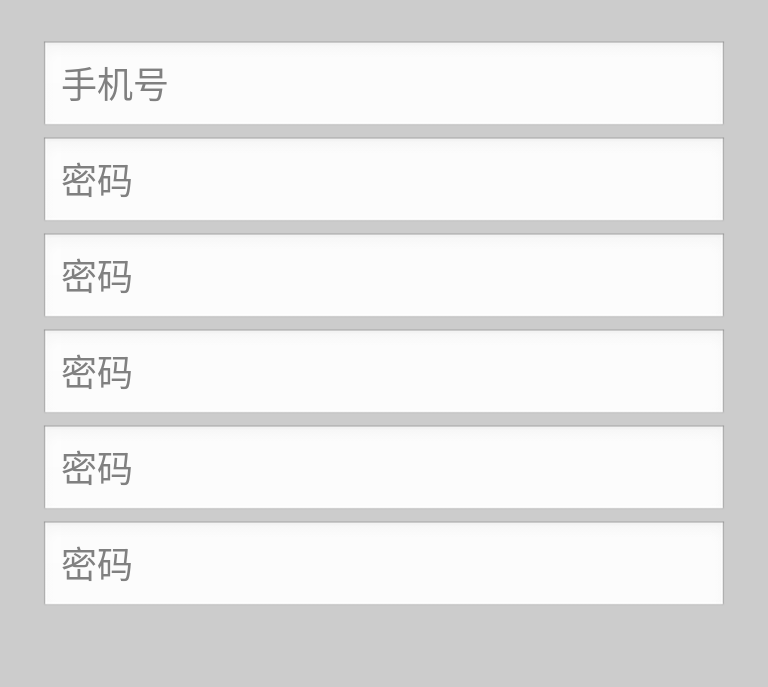
Repository: ligl/YuZhong
Layout: YuZhong/res/layout/process_user.xml
An editor plug-in stored every save of this project. The layout is shown before and after the next save, followed by the edit.
The pictures show rows 593 to 1280 of an output 1280 px tall.
It is drawn on a 768 x 1280 px phone screen (xhdpi) without system bars, with theme android:Theme.Black.NoTitleBar; the app's code is not run.

Above is the layout before, as saved 2012-08-01 15:10:40.

### YuZhong/res/layout/process_user.xml
<?xml version="1.0" encoding="utf-8"?>
<ScrollView xmlns:android="http://schemas.android.com/apk/res/android"
    xmlns:app="http://schemas.android.com/apk/res/cn.amose.yuzhong"
    android:layout_width="match_parent"
    android:layout_height="match_parent"
    android:background="#ccc" >

    <LinearLayout
        android:layout_width="match_parent"
        android:layout_height="wrap_content"
        android:orientation="vertical" >

        <RelativeLayout
            android:layout_width="match_parent"
            android:layout_height="wrap_content"
            android:layout_margin="10dp" >

            <ImageButton
                android:layout_width="wrap_content"
                android:layout_height="wrap_content"
                android:layout_alignParentLeft="true"
                android:layout_centerVertical="true"
                android:background="@null"
                android:onClick="onBackClick"
                android:scaleType="fitCenter"
                android:src="@drawable/common_button_back" />

            <ImageButton
                android:layout_width="wrap_content"
                android:layout_height="wrap_content"
                android:layout_alignParentRight="true"
                android:layout_centerVertical="true"
                android:background="@null"
                android:onClick="onCommitClick"
                android:scaleType="fitCenter"
                android:src="@drawable/common_button_commit" />
        </RelativeLayout>

        <FrameLayout
            android:layout_width="@dimen/common_avatar_width"
            android:layout_height="@dimen/common_avatar_height"
            android:layout_gravity="center_horizontal"
            android:layout_marginBottom="20dp" >

            <cn.amose.yuzhong.widget.AsyncImageView
                android:id="@+id/iv_process_user_avatar"
                android:layout_width="@dimen/common_avatar_width"
                android:layout_height="@dimen/common_avatar_height"
                android:layout_gravity="center_horizontal"
                android:background="#f1000000"
                android:scaleType="fitCenter"
                app:defaultSrc="@drawable/ic_launcher" />

            <ImageButton
                android:layout_width="wrap_content"
                android:layout_height="wrap_content"
                android:layout_gravity="bottom|right"
                android:background="@null"
                android:onClick="onAvatarChooserClick"
                android:scaleType="fitCenter"
                android:src="@drawable/common_button_commit" />
        </FrameLayout>

        <LinearLayout
            android:layout_width="match_parent"
            android:layout_height="wrap_content"
            android:layout_marginLeft="20dp"
            android:layout_marginRight="20dp"
            android:orientation="vertical" >

            <EditText
                android:id="@+id/et_process_user_mobile"
                android:layout_width="match_parent"
                android:layout_height="wrap_content"
                android:hint="@string/login_hint_mobile" />

            <EditText
                android:id="@+id/et_process_user_password"
                android:layout_width="match_parent"
                android:layout_height="wrap_content"
                android:hint="@string/login_hint_password" />

            <EditText
                android:id="@+id/et_process_user_password"
                android:layout_width="match_parent"
                android:layout_height="wrap_content"
                android:hint="@string/login_hint_password" />

            <EditText
                android:id="@+id/et_process_user_password"
                android:layout_width="match_parent"
                android:layout_height="wrap_content"
                android:hint="@string/login_hint_password" />

            <EditText
                android:id="@+id/et_process_user_password"
                android:layout_width="match_parent"
                android:layout_height="wrap_content"
                android:hint="@string/login_hint_password" />

            <EditText
                android:id="@+id/et_process_user_password"
                android:layout_width="match_parent"
                android:layout_height="wrap_content"
                android:hint="@string/login_hint_password" />
        </LinearLayout>
    </LinearLayout>

</ScrollView>

### YuZhong/res/values/dimens.xml
<?xml version="1.0" encoding="utf-8"?>
<resources>

    <dimen name="common_avatar_width">250dp</dimen>
    <dimen name="common_avatar_height">250dp</dimen>

</resources>

### YuZhong/res/values/strings.xml
<?xml version="1.0" encoding="utf-8"?>
<resources>

    <string name="app_name">羽众</string>
    <string name="common_toast_connectionfailed">网络连接失败</string>
    <string name="common_toast_connectionnodata">获取数据失败，请重试</string>
    <string name="common_toast_jsonparseerror">JSON解析数据出错</string>
    <string name="common_toast_nodata">没有搜索到您需要的数据</string>
    <string name="common_toast_error">操作失败</string>
    <string name="common_toast_sdcarderror">SD卡不可用，请确认您的SD卡可以正常使用</string>
    <string name="common_toast_sdcardspaceerror">SD卡空间不足</string>
    <string name="common_toast_uploaderror">上传文件失败</string>
    <string name="common_toast_unsupport">不支持该文件类型</string>
    <string name="common_label_loading">正在加载,请稍候...</string>
    <!-- pull to refresh -->
    <string name="pull_to_refresh_pull_label">下拉刷新...</string>
    <string name="pull_to_refresh_release_label">松开即可刷新...</string>
    <string name="pull_to_refresh_refreshing_label">正在加载...</string>
    <string name="pull_to_refresh_tap_label">点击刷新...</string>
    <string name="login_label_login">登录</string>
    <string name="login_label_register">注册</string>
    <string name="login_hint_password">密码</string>
    <string name="login_hint_mobile">手机号</string>

</resources>

After the next save:
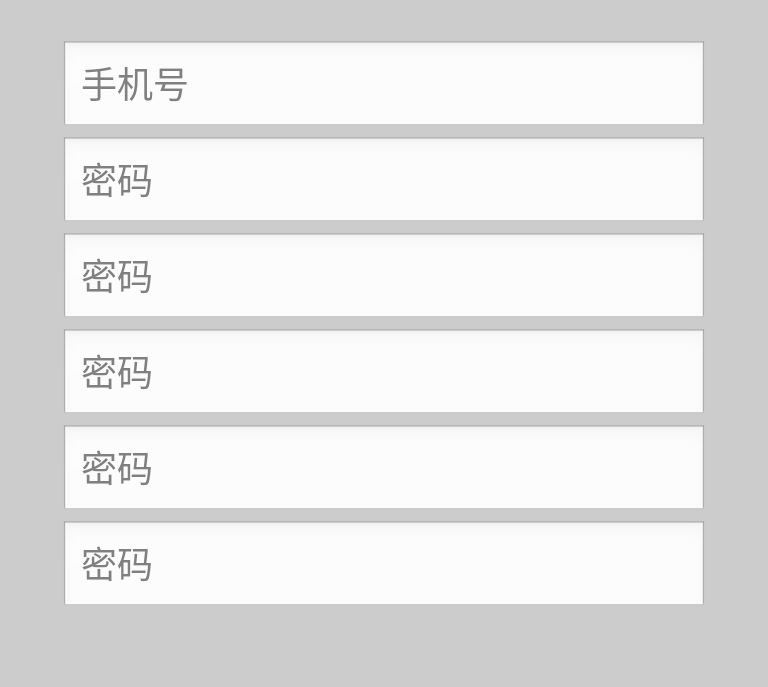
Saved 9 s later.
--- a/YuZhong/res/layout/process_user.xml
+++ b/YuZhong/res/layout/process_user.xml
@@ -64,8 +64,8 @@
         <LinearLayout
             android:layout_width="match_parent"
             android:layout_height="wrap_content"
-            android:layout_marginLeft="20dp"
-            android:layout_marginRight="20dp"
+            android:layout_marginLeft="30dp"
+            android:layout_marginRight="30dp"
             android:orientation="vertical" >
 
             <EditText
